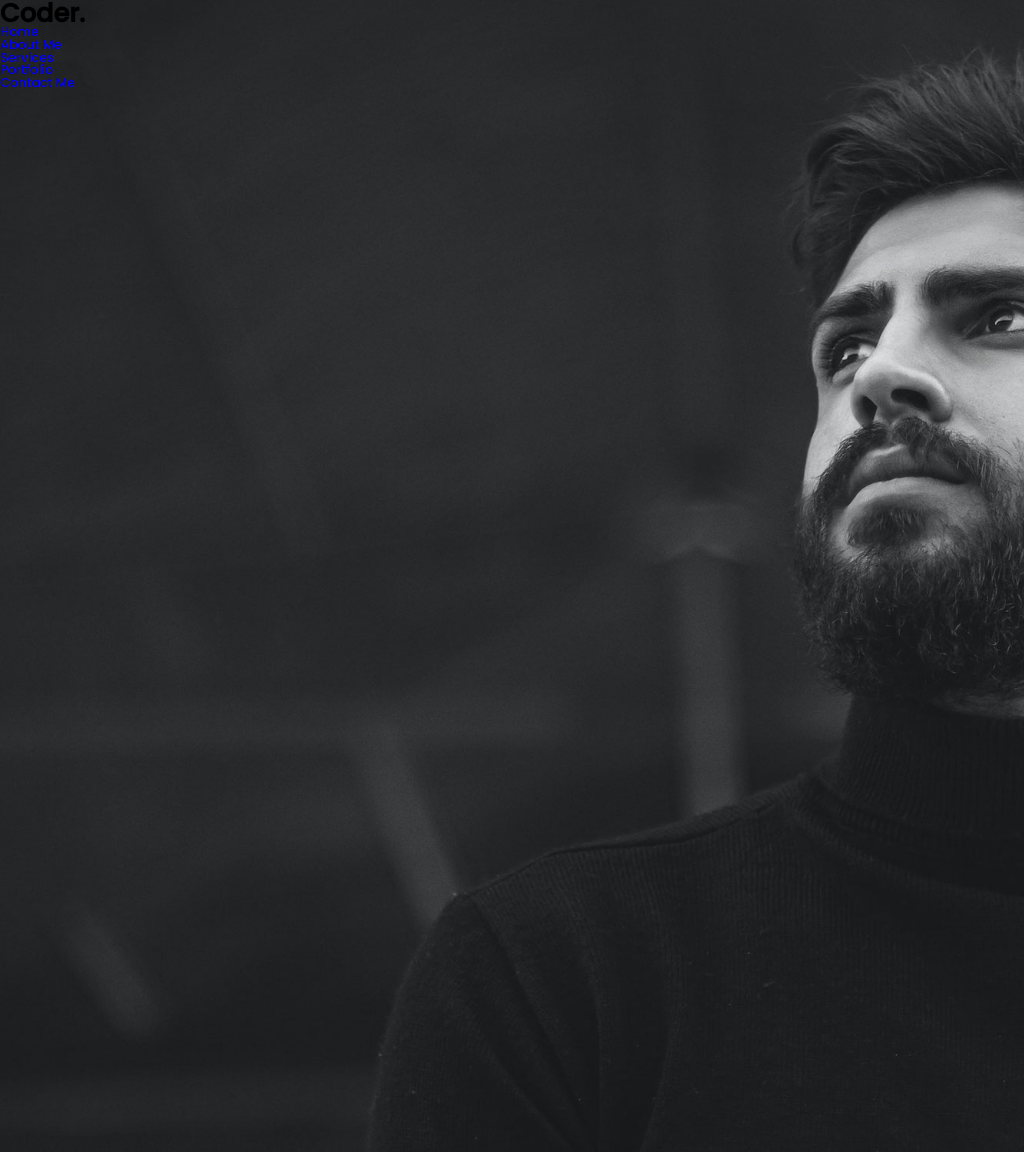
Repository: HungNg99/Protifolio2
Page: Portfolio/index.html
These files come from the project's save history. The page is drawn as it stood at one moment and after the next save; the edit follows.
The browser window is 1280 px wide. The pictures show the whole page, at 80% of full size.

Above is the page before, as saved 2022-12-09 08:49:00.

### Portfolio/index.html
<!DOCTYPE html>
<html lang="en">
<head>
    <meta charset="UTF-8">
    <meta http-equiv="X-UA-Compatible" content="IE=edge">
    <meta name="viewport" content="width=device-width, initial-scale=1.0">
    <title>Portfolio</title>
    <link rel="stylesheet" href="./reset.css">
    <link rel="stylesheet" href="./style.css">
    <link rel="stylesheet" href="https://cdnjs.cloudflare.com/ajax/libs/font-awesome/6.2.1/css/all.min.css" integrity="sha512-MV7K8+y+gLIBoVD59lQIYicR65iaqukzvf/nwasF0nqhPay5w/9lJmVM2hMDcnK1OnMGCdVK+iQrJ7lzPJQd1w==" crossorigin="anonymous" referrerpolicy="no-referrer" />

    <link href="https://fonts.googleapis.com/css2?family=Montserrat:wght@800&family=Poppins:ital,wght@0,500;1,600&family=Roboto:wght@300;500&display=swap" rel="stylesheet">
</head>
<body>
    <!-- header navbar-->
    <header class="header">
        <div class="header-content">
            <div class="header-item">
                <h1>Coder.</h1>
            </div>
            <ul class="herder-item">
                <li class="nav-bar"><a href="#" class="nav-link">
                    Home
                </a></li>
                <li class="nav-bar"><a href="#" class="nav-link">
                   About Me
                </a></li>
                <li class="nav-bar"><a href="#" class="nav-link">
                    Services
                </a></li>
                <li class="nav-bar"><a href="#" class="nav-link">
                    Portfolio
                </a></li>
                <li class="nav-bar"><a href="#" class="nav-link">
                   Contact Me
                </a></li>
            </ul>
        </div>
    </header>
    <script src="./scripts.js"></script>
</body>
</html>

### Portfolio/reset.css
html {
    box-sizing: border-box;
  }
  * {
    margin: 0;
    padding: 0;
  }
  *,
  *:before,
  *:after {
    box-sizing: border-box;
  }
  input,
  textarea,
  select,
  button {
    outline: none;
  }
  input {
    line-height: normal;
  }
  label,
  button {
    cursor: pointer;
  }
  a {
    text-decoration: none;
  }
  img {
    display: block;
    max-width: 100%;
  }
  *,
  *:before,
  *:after {
    box-sizing: border-box;
  }
  /* using rem unit */
  html {
    font-size: 62.5%;
  }
  a {
    text-decoration: none;
  }
  img {
    display: block;
    max-width: 100%;
  }
  body {
    font-family: "Poppins", sans-serif;
    font-size: 16px;
    line-height: 1;
    /* height: 200vh; */
  }

### Portfolio/style.css
.header{
    background-image: url(./img/background.jpg);
    background-repeat: no-repeat;
    background-position: center;
    background-size: cover;
    height: 200vh;
}

Loaded but not shown: Portfolio/scripts.js (no copy from this time; the picture is the same without it)

After the next save:
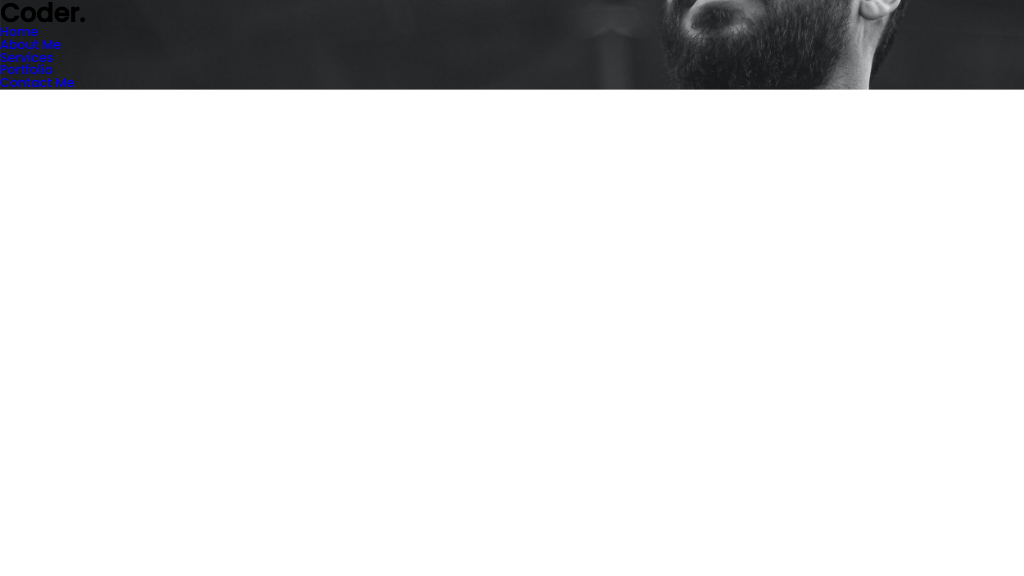
Saved 11 s later.
--- a/Portfolio/style.css
+++ b/Portfolio/style.css
@@ -3,5 +3,5 @@
     background-repeat: no-repeat;
     background-position: center;
     background-size: cover;
-    height: 200vh;
+    /* height: 200vh; */
 }
